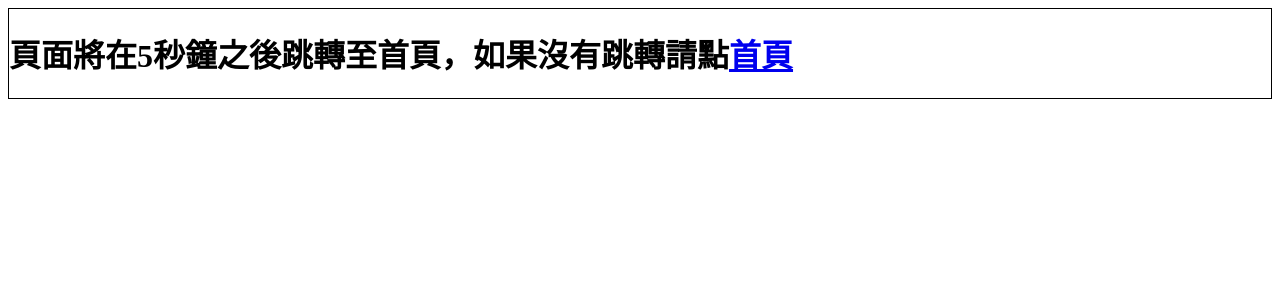
Repository: cctytw2000/JavaSecondProject
Page: http://localhost/EEIT109_35/member/jump.jsp
An editor plug-in stored every save of this project. The page is shown before and after the next save, followed by the edit.
The browser window is 1280 px wide. The pictures show the whole page.
The page is served by Tomcat 9.

Above is the page before, as saved 2019-09-07 07:44:59.

After the next save:
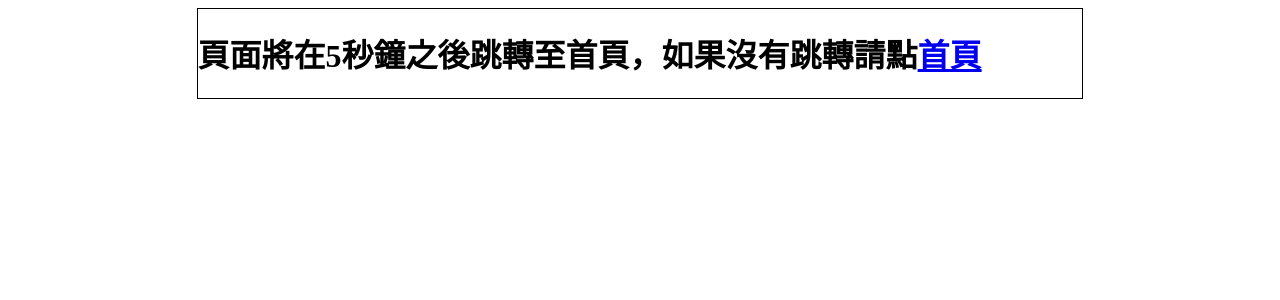
Saved 57 s later.
--- a/Member/EEIT109_35/src/main/webapp/member/jump.jsp
+++ b/Member/EEIT109_35/src/main/webapp/member/jump.jsp
@@ -10,7 +10,7 @@
 </head>
 <body>
 
-	<div style="border: 1px solid black">
+	<div style="border: 1px solid black;width:70%;height:30%;margin:auto auto">
 		<h1>
 			頁面將在5秒鐘之後跳轉至首頁，如果沒有跳轉請點<a href="../home.jsp">首頁</a>
 		</h1>
